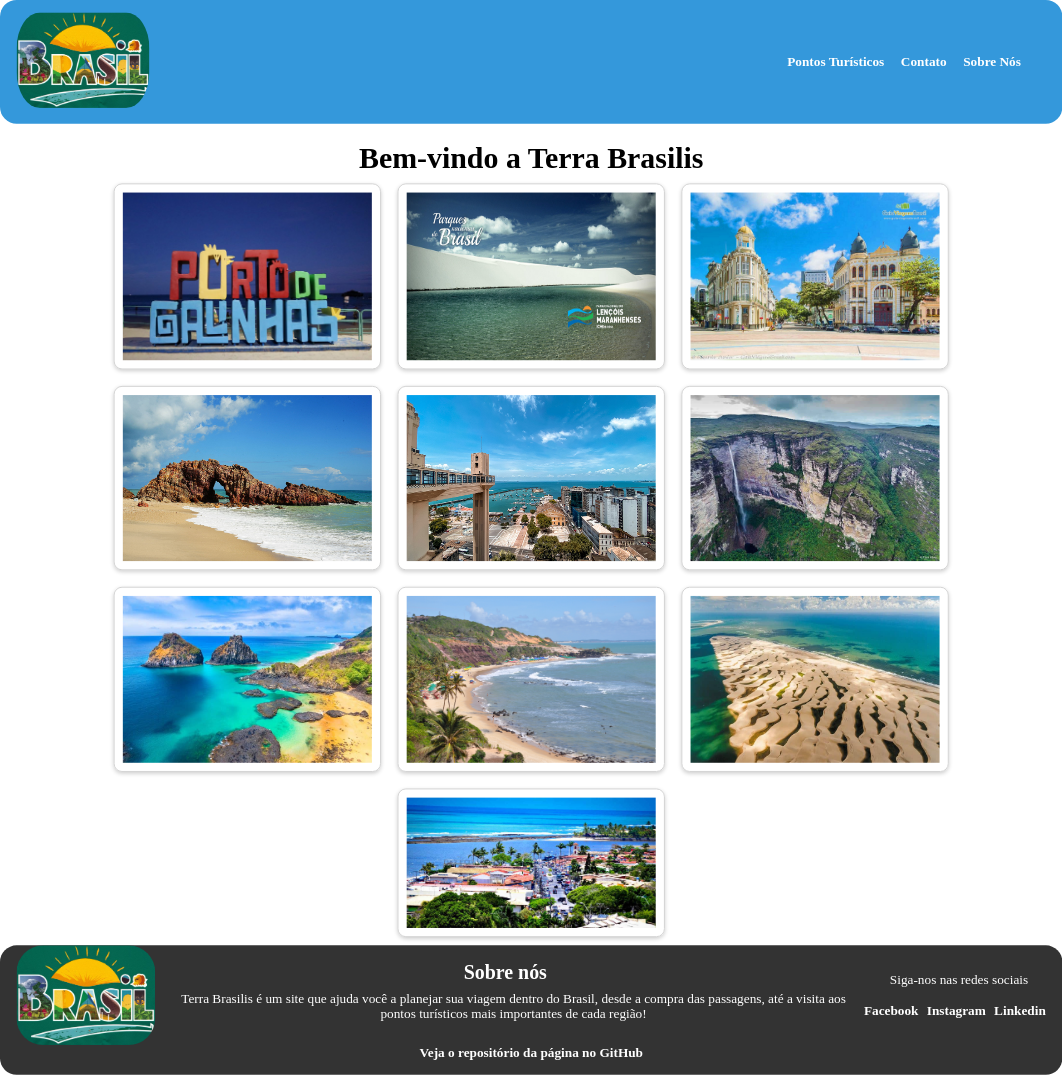
Repository: rodrigototy/ETE-PE
Page: tourism-agency/index.html
The author's editor kept a copy of each file at every save. The page is drawn from the files as they stood at one save, then again after a run of saves.
The browser window is 1280 px wide. The pictures show the whole page, at 83% of full size.

Above is the page before, as saved 2024-04-04 20:49:48.

### tourism-agency/index.html
<!DOCTYPE html>
<html lang="pt-BR">
  <head>
    <meta charset="UTF-8" />
    <meta name="viewport" content="width=device-width, initial-scale=1.0" />
    <link
      rel="shortcut icon"
      href="static/img/favicon.ico"
      type="image/x-icon"
    />
    <link rel="stylesheet" href="static/css/module-cards.css" />
    <title>Pontos Turísticos no Nordeste</title>
    <script src="static/js/main.js" defer></script>
  </head>
  <body>
    <div id="header"></div>
    <main>
      <div class="subtitle">
        <h1>Bem-vindo a Terra Brasilis</h1>
      </div>
      <div class="cards">
        <div class="card">
          <img
            src="static/img/porto-de-galinhas.jpg"
            alt="Praia de Porto de Galinhas"
          />
        </div>

        <div class="card">
          <img
            src="static/img/parque_lencois.jpg"
            alt="Parque Nacional dos Lençóis Maranhenses"
          />
        </div>

        <div class="card">
          <img src="static/img/recife-antigo.jpg" alt="Recife Antigo" />
        </div>

        <div class="card">
          <img
            src="static/img/praia-jericoacoara.jpeg"
            alt="Praia de Jericoacoara"
          />
        </div>

        <div class="card">
          <img
            src="static/img/centro-salvador.jpg"
            alt="Centro Histórico de Salvador"
          />
        </div>

        <div class="card">
          <img
            src="static/img/chapada-diamantina.jpg"
            alt="Chapada Diamantina"
          />
        </div>

        <div class="card">
          <img
            src="static/img/fernando-de-noronha.jpg"
            alt="Fernando de Noronha"
          />
        </div>

        <div class="card">
          <img src="static/img/praia-de-pipa.jpg" alt="Praia de Pipa" />
        </div>

        <div class="card">
          <img src="static/img/delta-do-parnaíba.jpg" alt="Delta do Parnaíba" />
        </div>

        <div class="card">
          <img src="static/img/porto-seguro.jpg" alt="Porto Seguro" />
        </div>
      </div>
    </main>
    <div id="footer"></div>
  </body>
</html>

### tourism-agency/static/css/module-cards.css
@import url("module-reset.css");
@import url("style.css");

main {
  display: flex;
  flex-direction: column;
}

.cards {
    display: flex;
    justify-content: center;
    flex-wrap: wrap;
}

### tourism-agency/static/js/main.js
document.addEventListener("DOMContentLoaded", function () {
  const header = document.getElementById("header");
  const footer = document.getElementById("footer");

  // Carrega o header
  fetch("static/templates/main/header.html")
    .then((response) => response.text())
    .then((data) => {
      header.innerHTML = data;
    });

  // Carrega o footer
  fetch("static/templates/main/footer.html")
    .then((response) => response.text())
    .then((data) => {
      footer.innerHTML = data;
    });
});

### tourism-agency/static/css/module-reset.css
/* Reset de estilos padrão */
* {
    margin: 0;
    padding: 0;
    box-sizing: border-box;
  }

### tourism-agency/static/css/style.css
style.css

/* Reset de estilos padrão */
@import url('module-reset.css');

/* Estilos globais */
body {
  font-family: Arial, sans-serif;
  background-color: #f8f8f8;
  line-height: 1.6;
  margin: 0;
  max-width: 1200px;
  margin: 0 auto;
  padding: 20px;
}

header img {
  max-width: 100%;
  height: auto;
  padding: 5px 20px;
  border-radius: 3rem;
}

/* Estilizar o header */
header {
  background-color: #3498db;
  color: #fff;
  padding: 10px 0;
  display: flex;
  justify-content: space-between;
  align-items: center;
  border-radius: 20px;
}

nav {
  display: flex;
  justify-content: flex-end;
  align-items: center;
  padding: 10px 50px;
}

nav ul {
  list-style: none;
  display: flex;
}

nav li {
  margin-left: 20px;
}

nav a {
  text-decoration: none;
  color: #fff;
  font-weight: bold;
}

/* Estilizar o h1 do main */
main h1 {
  font-size: 36px;
  margin: 20px 0 0 0;
  text-align: center;
}

/* Estilizar os cards */
.card {
  display: flex;
  border: 1px solid #ccc;
  padding: 10px;
  margin: 10px;
  box-shadow: 0 2px 5px rgba(0, 0, 0, 0.2);
  border-radius: 10px;
}

.card img {
  max-width: 300px;
  height: auto;
}

.texto {
  display: flex;
  flex-direction: column;
  align-content: flex-start;
  padding-left: 10px;
}

/* Estilizar o footer */
footer {
  background-color: #333;
  color: #fff;
  text-align: center;
  padding: 0px 20px;
  border-radius: 20px;
}

footer h2 {
  margin: 10px;
}

footer p {
  margin: 0px 0px 20px 20px;
}

footer a {
  text-decoration: none;
  color: #fff;
  font-weight: bold;
}

/* Estilizar o footer ul */
footer ul {
  list-style: none;
  display: flex;
  justify-content: flex-end;
}

footer li {
  margin-left: 10px;
}

.about {
  display: flex;
  align-items: center;
}

.about img {
  border-radius: 2rem;
}

### tourism-agency/static/templates/main/header.html
<header>
  <a href="index.html">
    <img
      src="static/img/logo-agency.png"
      alt="Logotipo Terra Brasilis"
      width="200"
    />
  </a>
  <nav>
    <ul>
      <li><a href="pages/pontos_turisticos.html">Pontos Turísticos</a></li>
      <li><a href="pages/contato.html">Contato</a></li>
      <li><a href="pages/about.html">Sobre Nós</a></li>
    </ul>
  </nav>
</header>

### tourism-agency/static/templates/main/footer.html

<footer>
    <div class="about">
      <img src="static/img/logo-agency.png" alt="Logotipo Terra Brasilis" height="120"/>
      <div>
        <h2>Sobre nós</h2>
        <p>
          Terra Brasilis é um site que ajuda você a planejar sua viagem dentro
          do Brasil, desde a compra das passagens, até a visita aos pontos
          turísticos mais importantes de cada região!
        </p>
      </div>
      <div class="redes">
        <p>Siga-nos nas redes sociais</p>
      <ul>
        <li><a href="https://facebook.com">Facebook</a></li>
        <li><a href="https://instagram.com">Instagram</a></li>
        <li><a href="https://linkedin.com">Linkedin</a></li>
      </ul></div>
    </div>
    <a class="repository"
      href="https://github.com/rodrigototy/ETE-PE/tree/main/tourism-agency"
      >Veja o repositório da página no GitHub</a
    ><br /><br />
  </footer>

After the next 2 saves:
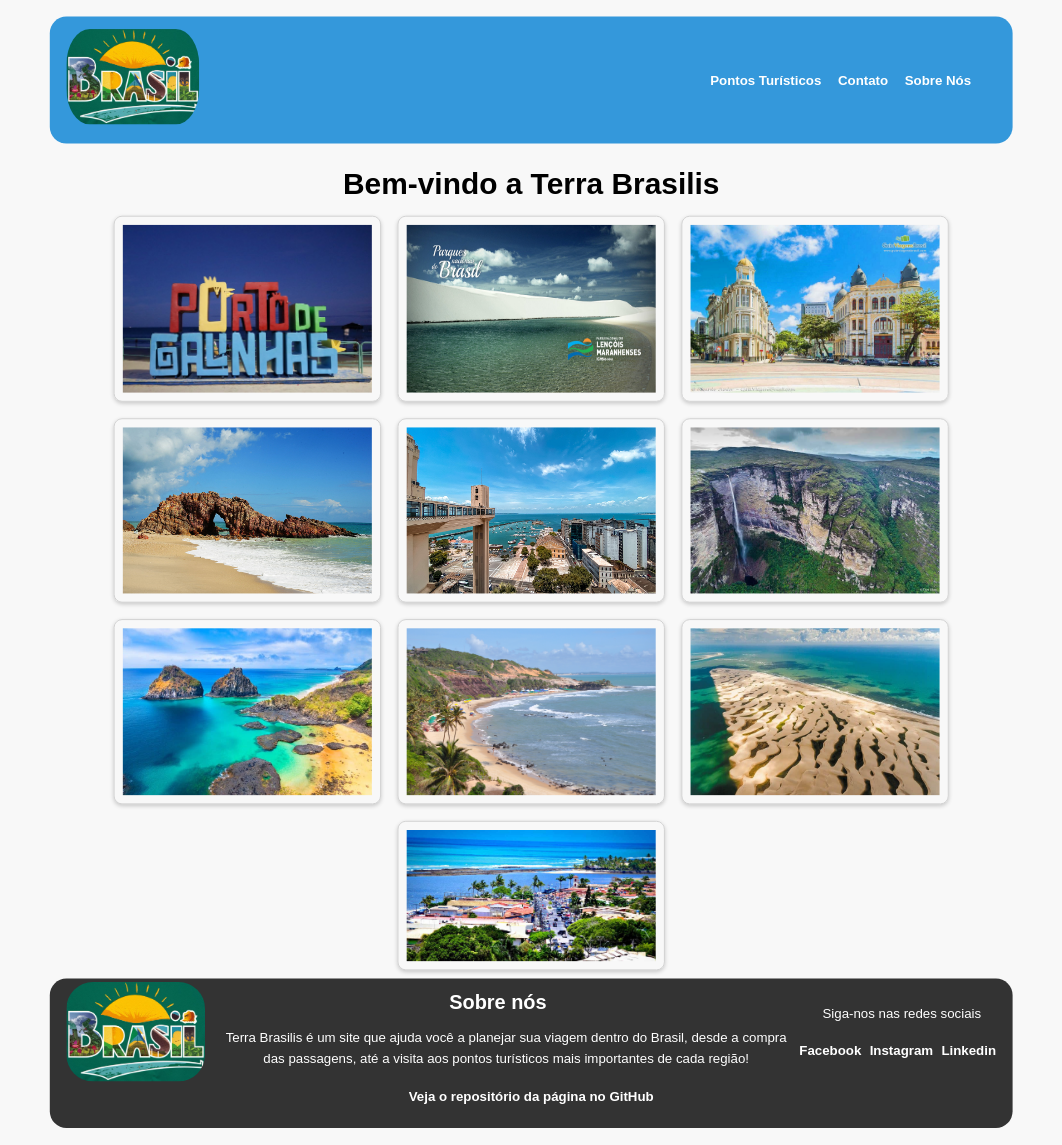
The 2 saves are shown as one change because they came seconds apart.
The last was saved 15 s later.
--- a/tourism-agency/static/css/style.css
+++ b/tourism-agency/static/css/style.css
@@ -1,4 +1,4 @@
-style.css
+/* style.css
 
 /* Reset de estilos padrão */
 @import url('module-reset.css');
